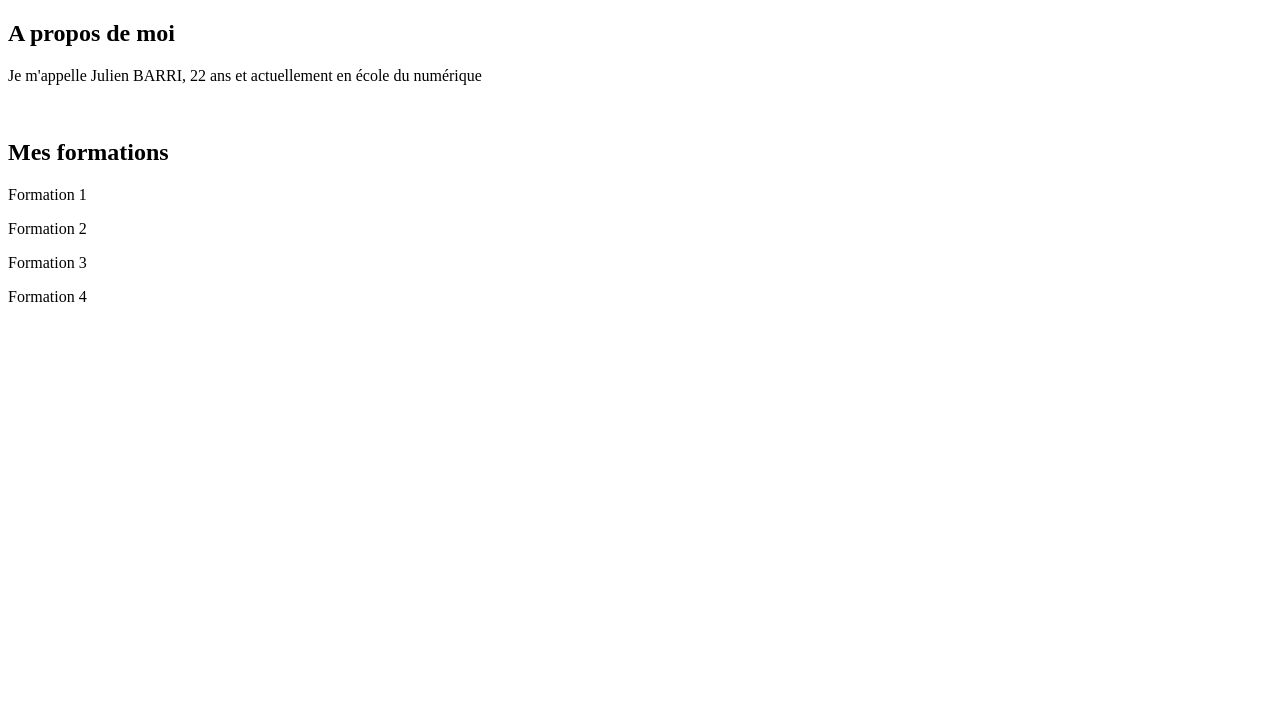
Repository: barridev/cours_devops.github.io
Page: index.html
These files come from the project's save history. The page is drawn as it stood at one moment and after a run of saves; the edit follows.
The browser window is 1280 px wide. The pictures show the whole page.

Above is the page before, as saved 2022-06-13 14:56:36.

After the next 5 saves:
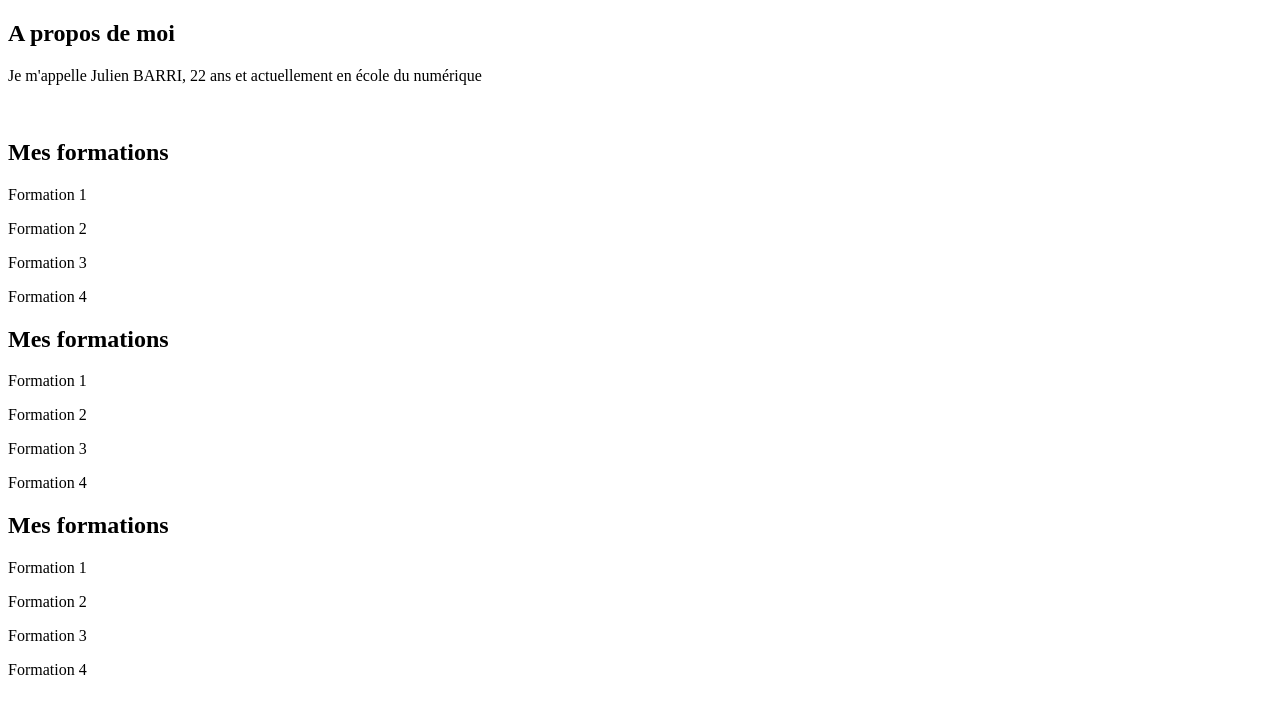
The 5 saves are shown as one change because they came seconds apart.
The last was saved 11 s later.
--- a/index.html
+++ b/index.html
@@ -23,6 +23,22 @@
         <p>Formation 4</p>
     </section>
 
+    <section>
+        <h2> Mes formations </h2>
+        <p>Formation 1</p>
+        <p>Formation 2</p>
+        <p>Formation 3</p>
+        <p>Formation 4</p>
+    </section>
+
+     <section>
+        <h2> Mes formations </h2>
+        <p>Formation 1</p>
+        <p>Formation 2</p>
+        <p>Formation 3</p>
+        <p>Formation 4</p>
+    </section>
+
 </body>
 
 </html>
